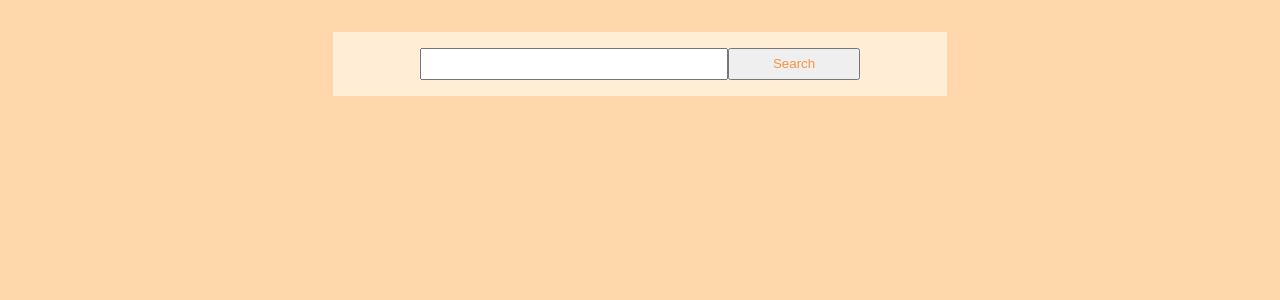
Repository: sandipkarmokar/recipeApp
Page: /
An editor plug-in stored every save of this project. The page is shown before and after the next save, followed by the edit.
The browser window is 1280 px wide. The pictures show the whole page.
The project was rebuilt for these pictures with package versions that can differ from the ones it lists, and the page was loaded fresh each time.

Above is the page before, as saved 2022-04-16 11:52:07.

### src/App.js
import { useState } from 'react';
import './App.css';
import SearchBar from './components/searchBar';

const App = () => {
    const [query, setQuery] = useState('');
    const [recipeList, setRecipeList] = useState([]);
    const [isLoading, setIsLoading] = useState(true);
    const [recipeId, setRecipeId] = useState('');

    const url = `https://forkify-api.herokuapp.com/api/search?q=${query}`;
    const recipeUrl = `https://forkify-api.herokuapp.com/api/get?rId=${recipeId}`;

    return (
        <div className="app">
            <div className="app-container">
                <SearchBar></SearchBar>
            </div>
        </div>
    );
};

export default App;

### src/App.css
* {
    margin: 0;
    padding: 0;
    box-sizing: border-box;
}

.app {
    height: 100vh;
    width: 100vw;
    background-color: #fed7aa;
}

.app .app-container {
    margin: 0 auto;
    width: 80%;
    padding: 2rem 0;
    display: flex;
    justify-content: center;
}

.app .app-container .searchBar {
    width: 60%;
    background-color: #ffedd5;
    padding: 1rem 2rem;
}
.app .app-container .searchBar .searchBar-container {
    width: 80%;
    margin: 0 auto;
    display: flex;
    justify-content: center;
}
.app .app-container .searchBar .searchBar-container input {
    width: 70%;
    padding: 0.4rem 1rem;
}
.app .app-container .searchBar .searchBar-container button {
    width: 30%;
    padding: 0.4rem 1rem;
    color: #fb923c;
}

### src/components/searchBar.js
import React from 'react';

const SearchBar = () => {
    return (
        <div className="searchBar">
            <form className="searchBar-container">
                <input type="text" />
                <button type="submit">Search</button>
            </form>
        </div>
    );
};

export default SearchBar;

Loaded but not shown: public/index.html (common file); src/index.js (common file); src/index.css (common file); src/reportWebVitals.js (common file)

After the next save:
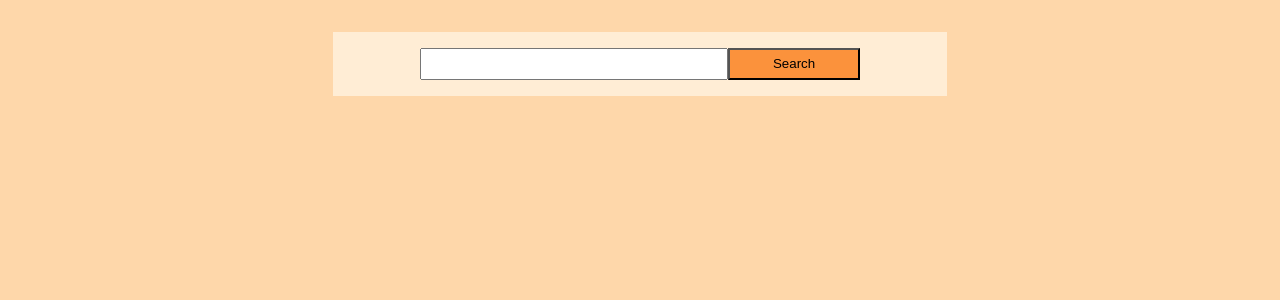
Saved 8 s later.
--- a/src/App.css
+++ b/src/App.css
@@ -36,5 +36,5 @@
 .app .app-container .searchBar .searchBar-container button {
     width: 30%;
     padding: 0.4rem 1rem;
-    color: #fb923c;
+    background-color: #fb923c;
 }
